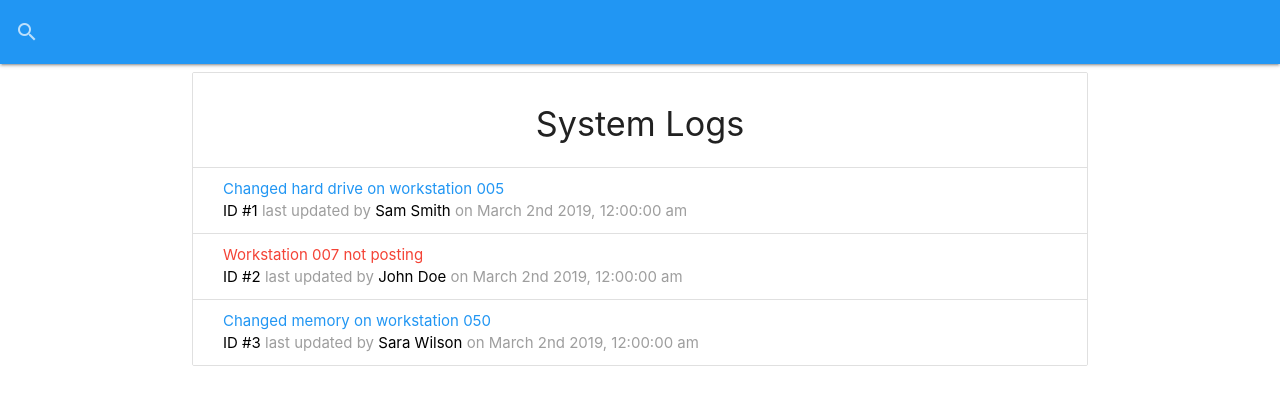
Repository: Ajtheult/IT-Logger
Page: /
These files come from the project's save history. The page is drawn as it stood at one moment and after the next save; the edit follows.
The browser window is 1280 px wide. The pictures show the whole page.
The project was rebuilt for these pictures with package versions that can differ from the ones it lists, and the page was loaded fresh each time. Requests to the local data server were answered from the project's data file. Also part of the build but not shown: src/App.css.

Above is the page before, as saved 2020-06-23 16:53:34.

After the next save:
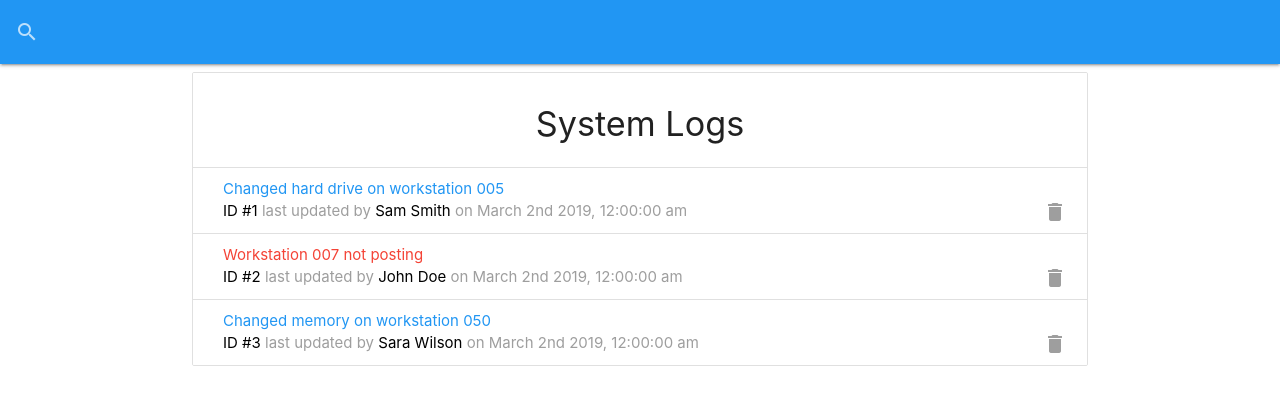
Saved 100 s later.
--- a/src/components/logs/LogItem.js
+++ b/src/components/logs/LogItem.js
@@ -20,6 +20,9 @@ const LogItem = ({ log }) => {
           <span className="black-text">{log.tech}</span> on{" "}
           <Moment format="MMMM Do YYYY, h:mm:ss a">{log.date}</Moment>
         </span>
+        <a href="#" className="secondary-content">
+          <i className="material-icons grey-text">delete</i>
+        </a>
       </div>
     </li>
   );
